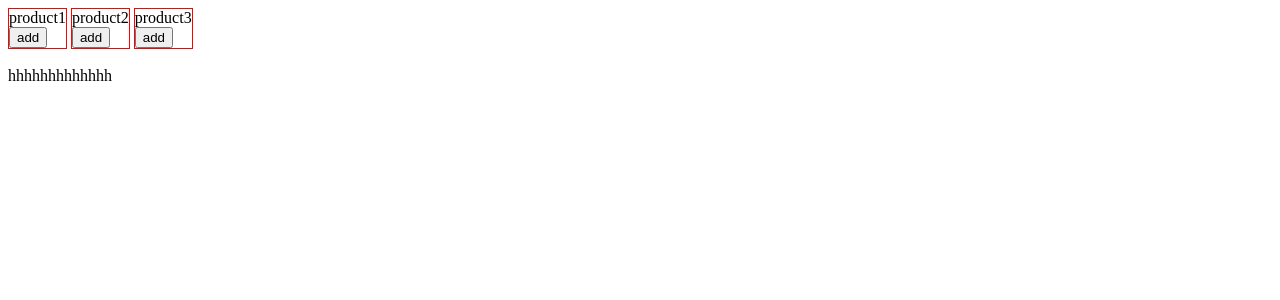
Repository: quynh232000/javascript-basic
Page: Lab5/demo.html
An editor plug-in stored every save of this project. The page is shown before and after the next save, followed by the edit.
The browser window is 1280 px wide. The pictures show the whole page.

Above is the page before, as saved 2023-07-27 21:39:11.

### Lab5/demo.html
<!DOCTYPE html>
<html lang="en">
  <head>
    <meta charset="UTF-8" />
    <meta name="viewport" content="width=device-width, initial-scale=1.0" />
    <title>Document</title>
  </head>
  <body>
    <div class="left">
      <div class="item" style="border: 1px solid red; display: inline-block">
        product1
        <div>
          <span><button class="btn">add</button></span>
        </div>
      </div>
      <div class="item" style="border: 1px solid red; display: inline-block">
        product2
        <div>
          <span><button class="btn">add</button></span>
        </div>
      </div>
      <div class="item" style="border: 1px solid red; display: inline-block">
        product3
        <div>
          <span><button class="btn">add</button></span>
        </div>
      </div>
    </div>
    <br />
    <div>hhhhhhhhhhhhh</div>
    <div class="right"></div>
    <script>
      let a = document.querySelector(".left");
      let b = document.querySelector(".right");
      const btnEl = document.querySelectorAll(".btn");

      btnEl.forEach((element) => {
        element.addEventListener("click", () => {
          const elParent = element.closest(".item");
          elParent.onclick = () => {
            let cloneNode = elParent.cloneNode(true);
            b.appendChild(cloneNode);
            cloneNode.querySelector(".btn").textContent = "delete";
          };
        });
      });
    </script>
  </body>
</html>

After the next save:
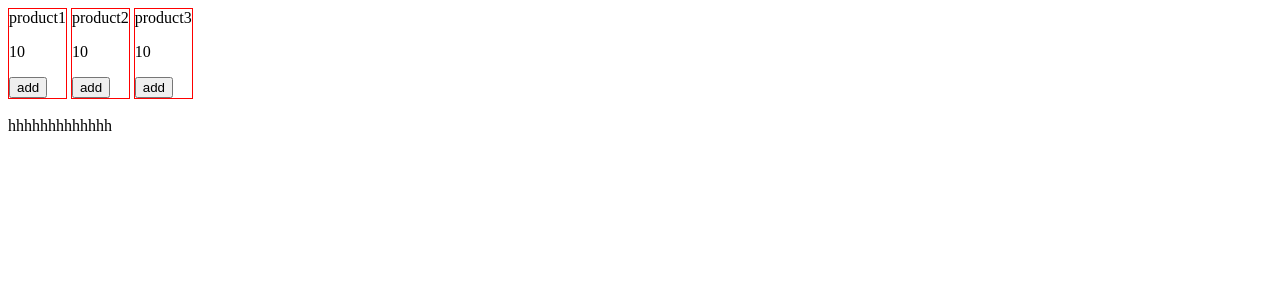
Console error: SyntaxError: Unexpected token ')'
Saved 13 min 20 s later.
--- a/Lab5/demo.html
+++ b/Lab5/demo.html
@@ -10,18 +10,23 @@
       <div class="item" style="border: 1px solid red; display: inline-block">
         product1
         <div>
+          <p class="price">10</p>
           <span><button class="btn">add</button></span>
         </div>
       </div>
       <div class="item" style="border: 1px solid red; display: inline-block">
         product2
         <div>
+          <p class="price">10</p>
+
           <span><button class="btn">add</button></span>
         </div>
       </div>
       <div class="item" style="border: 1px solid red; display: inline-block">
         product3
         <div>
+          <p class="price">10</p>
+
           <span><button class="btn">add</button></span>
         </div>
       </div>
@@ -33,6 +38,9 @@
       let a = document.querySelector(".left");
       let b = document.querySelector(".right");
       const btnEl = document.querySelectorAll(".btn");
+      function addCart(){
+        console.log("addCart")
+      }()
 
       btnEl.forEach((element) => {
         element.addEventListener("click", () => {
